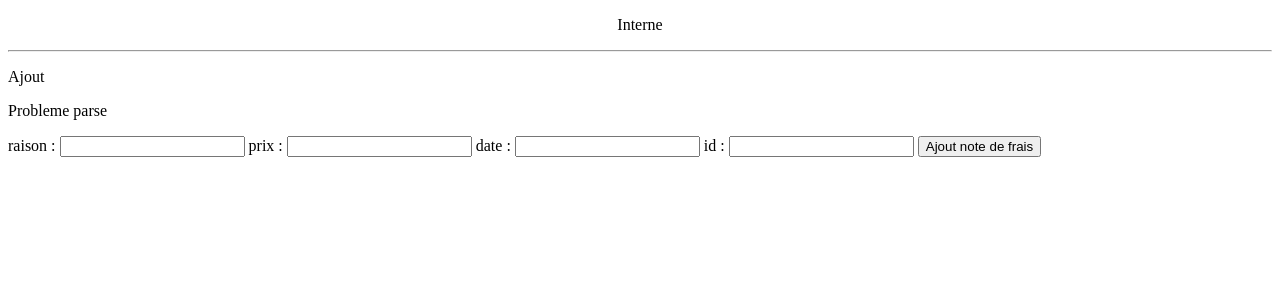
Repository: Shakibaei-2020/CRA_JEE_FINAL
Page: http://localhost/jee_crainfocom/ControleInterneGestionFrais
The author's editor kept a copy of each file at every save. The page is drawn from the files as they stood at one save, then again after the next save.
The browser window is 1280 px wide. The pictures show the whole page.
The page is served by Tomcat 9. Other server files are loaded and not shown.

Above is the page before, as saved 2021-04-08 13:48:47.

### CRA_JEE_FINAL/jee_crainfocom/src/main/webapp/WEB-INF/AccueilInterne.jsp
<%@ page language="java" contentType="text/html; charset=ISO-8859-1"
    pageEncoding="ISO-8859-1"%>
<!DOCTYPE html>
<html>
<head>
<meta charset="ISO-8859-1">
<title>Insert title here</title>
</head>
<body>
<center><p>Interne</p></center>
<hr>
<p>Ajout</p><p> Probleme parse </p>


<form method="post" action="ControleInterneGestionFrais" >

            <label for="raisonIn">raison : </label>
            <input type="text" name="raisonIn" id="raisonIn" />

            <label for="mailIn">prix : </label>
            <input type="text" name="prixIn" id="prixlIn" />

            <label for="dateIn">date : </label>
            <input type="text" name="dateIn" id="dateIn" />

   			<label for="idId">id : </label>
            <input type="text" name="idIn" id="idIn" />

            <input type="submit" value="Ajout note de frais" />
</form>


</body>
</html>

### CRA_JEE_FINAL/jee_crainfocom/src/main/java/com/infocom/controller/Collaborateur/ControleInterneGestionFrais.java
package com.infocom.controller.Collaborateur;
import java.io.IOException;
import java.sql.SQLException;
import java.text.ParseException;
import java.text.SimpleDateFormat;
import java.sql.Date;

import javax.servlet.ServletException;
import javax.servlet.annotation.WebServlet;
import javax.servlet.http.HttpServlet;
import javax.servlet.http.HttpServletRequest;
import javax.servlet.http.HttpServletResponse;
import com.infocom.model.NoteDeFrais;
import com.infocom.model.DAO.NoteDeFraisDAO;


@WebServlet("/ControleInterneGestionFrais")
public class ControleInterneGestionFrais extends HttpServlet {
	private static final long serialVersionUID = 1L;

    public ControleInterneGestionFrais() {
        super();
    }



	protected void doGet(HttpServletRequest request, HttpServletResponse response) throws ServletException, IOException {

        this.getServletContext().getRequestDispatcher("/WEB-INF/AccueilInterne.jsp").forward(request, response);
	}


	protected void doPost(HttpServletRequest request, HttpServletResponse response) throws ServletException, IOException {


		String buttonClicked = request.getParameter("button_clicked");

		if(buttonClicked != null) {
		switch(buttonClicked) {
		case "ajoutFrais":

			String raisonIn =request.getParameter("raisonIn");
	        Double prixIn = Double.parseDouble(request.getParameter("prixIn"));
	        String dateIn = request.getParameter("dateIn");
	        int idIn = Integer.parseInt(request.getParameter("idIn"));

	        Date date=Date.valueOf(dateIn);

	        NoteDeFrais noteDeFrais = new NoteDeFrais(5,raisonIn,prixIn,date, idIn);
	        NoteDeFraisDAO noteDeFraisDAO = new NoteDeFraisDAO();

			try {
				noteDeFraisDAO.insertFrais(noteDeFrais);
			} catch (SQLException e) {
				e.printStackTrace();
			}


			     this.doGet(request, response);
			     return;
			}

	}

		        this.getServletContext().getRequestDispatcher("/WEB-INF/AccueilInterne.jsp").forward(request, response);
	}

}

After the next save:
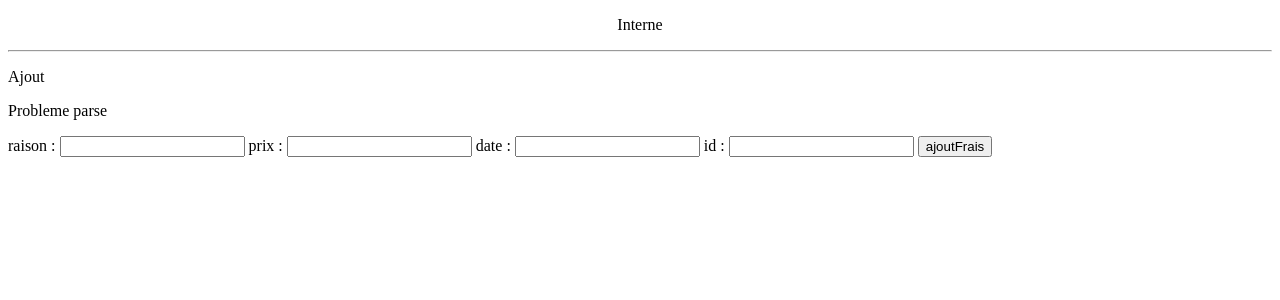
Saved 11 min 33 s later.
--- a/CRA_JEE_FINAL/jee_crainfocom/src/main/webapp/WEB-INF/AccueilInterne.jsp
+++ b/CRA_JEE_FINAL/jee_crainfocom/src/main/webapp/WEB-INF/AccueilInterne.jsp
@@ -26,7 +26,7 @@
    			<label for="idId">id : </label>
             <input type="text" name="idIn" id="idIn" />
 
-            <input type="submit" value="Ajout note de frais" />
+            <input type="submit" name="button_clicked" value="ajoutFrais" />
 </form>
 
 
